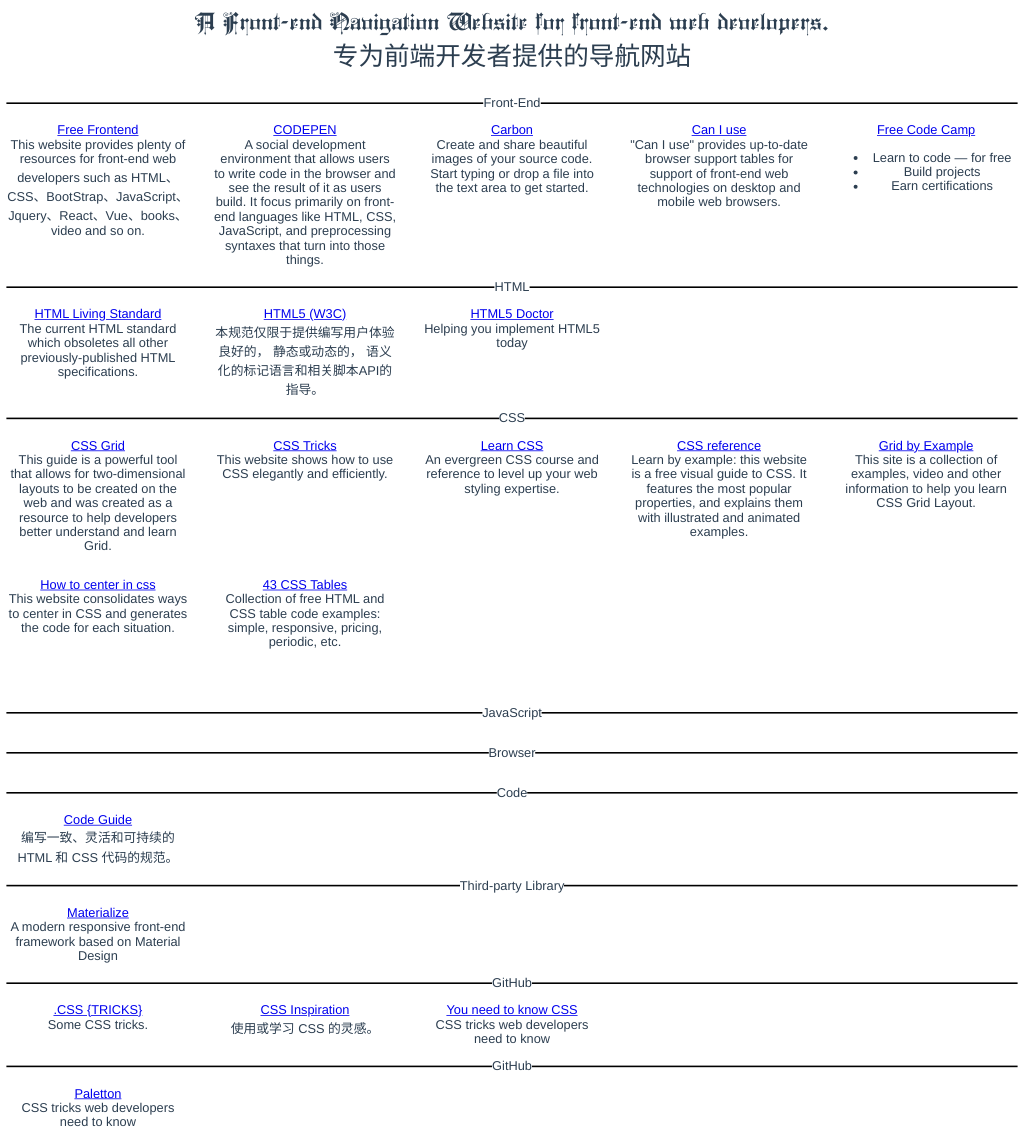
Repository: 321paranoiawhy/fenav.io
Page: /
These files come from the project's save history. The page is drawn as it stood at one moment and after a run of saves; the edit follows.
The browser window is 1280 px wide. The pictures show the whole page, at 80% of full size.
The project was rebuilt for these pictures with package versions that can differ from the ones it lists, and the page was loaded fresh each time. Also part of the build but not shown: vue.config.js.

Above is the page before, as saved 2022-04-06 01:25:42.

### src/views/HomeView.vue
<template>
    <div class="englishTitle">
        A Front-end Navigation Website for front-end web developers.
    </div>
    <div class="chineseTitle">专为前端开发者提供的导航网站</div>
    <!-- Front-End -->
    <p class="divider">Front-End</p>
    <div id="frontend" class="main">
        <div class="card">
            <a class="url" href="https://freefrontend.com/">Free Frontend</a>
            <div class="description">
                This website provides plenty of resources for front-end web
                developers such as
                HTML、CSS、BootStrap、JavaScript、Jquery、React、Vue、books、video
                and so on.
            </div>
        </div>
        <div class="card">
            <a class="url" href="https://codepen.io/trending">CODEPEN</a>
            <div class="description">
                A social development environment that allows users to write code
                in the browser and see the result of it as users build. It focus
                primarily on front-end languages like HTML, CSS, JavaScript, and
                preprocessing syntaxes that turn into those things.
            </div>
        </div>
        <div class="card">
            <a class="url" href="https://carbon.now.sh/">Carbon</a>
            <div class="description">
                Create and share beautiful images of your source code. Start
                typing or drop a file into the text area to get started.
            </div>
        </div>
        <div class="card">
            <a class="url" href="https://caniuse.com/">Can I use</a>
            <div class="description">
                "Can I use" provides up-to-date browser support tables for
                support of front-end web technologies on desktop and mobile web
                browsers.
            </div>
        </div>
        <div class="card">
            <a class="url" href="https://www.freecodecamp.org/"
                >Free Code Camp</a
            >
            <div class="description">
                <ul>
                    <li>Learn to code — for free</li>
                    <li>Build projects</li>
                    <li>Earn certifications</li>
                </ul>
            </div>
        </div>
    </div>
    <!-- HTML -->
    <p class="divider">HTML</p>
    <div id="HTML" class="main">
        <div class="card">
            <a class="url" href="https://html.spec.whatwg.org/"
                >HTML Living Standard</a
            >
            <div class="description">
                The current HTML standard which obsoletes all other
                previously-published HTML specifications.
            </div>
        </div>
        <div class="card">
            <a class="url" href="https://www.w3.org/html/ig/zh/wiki/HTML5"
                >HTML5 (W3C)</a
            >
            <div class="description">
                本规范仅限于提供编写用户体验良好的， 静态或动态的，
                语义化的标记语言和相关脚本API的指导。
            </div>
        </div>
        <div class="card">
            <a class="url" href="http://html5doctor.com/">HTML5 Doctor</a>
            <div class="description">Helping you implement HTML5 today</div>
        </div>
    </div>
    <!-- CSS -->
    <p class="divider">CSS</p>
    <div id="CSS" class="main">
        <div id="grid" class="card">
            <a class="url" href="https://learncssgrid.com/">CSS Grid</a>
            <div class="description">
                This guide is a powerful tool that allows for two-dimensional
                layouts to be created on the web and was created as a resource
                to help developers better understand and learn Grid.
            </div>
        </div>
        <div id="tricks" class="card">
            <a class="url" href="https://css-tricks.com/">CSS Tricks</a>
            <div class="description">
                This website shows how to use CSS elegantly and efficiently.
            </div>
        </div>
        <div id="learn" class="card">
            <a class="url" href="https://web.dev/learn/css/">Learn CSS</a>
            <div class="description">
                An evergreen CSS course and reference to level up your web
                styling expertise.
            </div>
        </div>
        <div id="reference" class="card">
            <a class="url" href="https://cssreference.io/">CSS reference</a>
            <div class="description">
                Learn by example: this website is a free visual guide to CSS. It
                features the most popular properties, and explains them with
                illustrated and animated examples.
            </div>
        </div>
        <div id="grid" class="card">
            <a class="url" href="https://gridbyexample.com/">Grid by Example</a>
            <div class="description">
                This site is a collection of examples, video and other
                information to help you learn CSS Grid Layout.
            </div>
        </div>
        <div id="center in css" class="card">
            <a class="url" href="http://howtocenterincss.com/"
                >How to center in css</a
            >
            <div class="description">
                This website consolidates ways to center in CSS and generates
                the code for each situation.
            </div>
        </div>
        <div id="table" class="card">
            <a
                class="url"
                href="https://freefrontend.com/css-tables/#pricing-tables"
                >43 CSS Tables</a
            >
            <div class="description">
                Collection of free HTML and CSS table code examples: simple,
                responsive, pricing, periodic, etc.
            </div>
        </div>
    </div>
    <!-- JavaScript -->
    <p class="divider">JavaScript</p>
    <div id="JavaScript" class="main"></div>
    <!-- Browser -->
    <p class="divider">Browser</p>
    <div id="Browser" class="main"></div>
    <!-- Code -->
    <p class="divider">Code</p>
    <div id="Code" class="main">
        <div class="card">
            <a class="url" href="https://codeguide.bootcss.com/">Code Guide</a>
            <div class="description">
                编写一致、灵活和可持续的 HTML 和 CSS 代码的规范。
            </div>
        </div>
    </div>
    <!-- Third-party Library -->
    <p class="divider">Third-party Library</p>
    <div id="Code" class="main">
        <div id="tricks" class="card">
            <a class="url" href="https://materializecss.com/">Materialize</a>
            <div class="description">
                A modern responsive front-end framework based on Material Design
            </div>
        </div>
    </div>
    <!-- GitHub -->
    <p class="divider">GitHub</p>
    <div id="GitHub" class="main">
        <div id="tricks" class="card">
            <a class="url" href="https://github.com/QiShaoXuan/css_tricks"
                >.CSS {TRICKS}</a
            >
            <div class="description">Some CSS tricks.</div>
        </div>
        <div id="Inspiration" class="card">
            <a class="url" href="https://github.com/chokcoco/CSS-Inspiration"
                >CSS Inspiration</a
            >
            <div class="description">使用或学习 CSS 的灵感。</div>
        </div>
        <div id="" class="card">
            <a
                class="url"
                href="https://github.com/l-hammer/You-need-to-know-css"
                >You need to know CSS</a
            >
            <div class="description">
                CSS tricks web developers need to know
            </div>
        </div>
    </div>
    <!-- Color -->
    <p class="divider">GitHub</p>
    <div id="Code" class="main">
        <div id="" class="card">
            <a
                class="url"
                href="https://paletton.com/#uid=1000u0kllllaFw0g0qFqFg0w0aF"
                >Paletton</a
            >
            <div class="description">
                CSS tricks web developers need to know
            </div>
        </div>
    </div>
</template>

<script>
// @ is an alias to /src
export default {
    name: "Home",
    components: {},
};
</script>

<style scoped lang="scss">
@font-face {
    font-family: KingsCross;
    src: url(/public/fonts/KingsCross.ttf);
}
@font-face {
    font-family: NotoSansSC-Regular;
    src: url(/public/fonts/NotoSansSC-Regular.otf);
}
.englishTitle {
    font-family: KingsCross;
    font-size: 32px;
}
.chineseTitle {
    font-family: NotoSanSC-Regular;
    font-size: 32px;
    margin-bottom: 30px;
}
.main {
    display: grid;
    grid-template-columns: repeat(5, 1fr);
    grid-auto-rows: 1fr;
    grid-gap: 30px;
}
// 水平分割线 中间带文字
p {
    display: flex;
}
p:before,
p:after {
    content: "";
    flex: 1 1 0;
    border-bottom: 2px solid #000;
    margin: auto;
}
// ul
ul {
  // display: flex;
  // flex-direction: column;
  // justify-content: center;
  text-align: center;
}
ul li {
  vertical-align: middle;
}
</style>

Loaded but not shown: public/index.html (common file); src/main.js (common file); src/App.vue (common file); src/router/index.js (common file); src/store/index.js (common file)

After the next 3 saves:
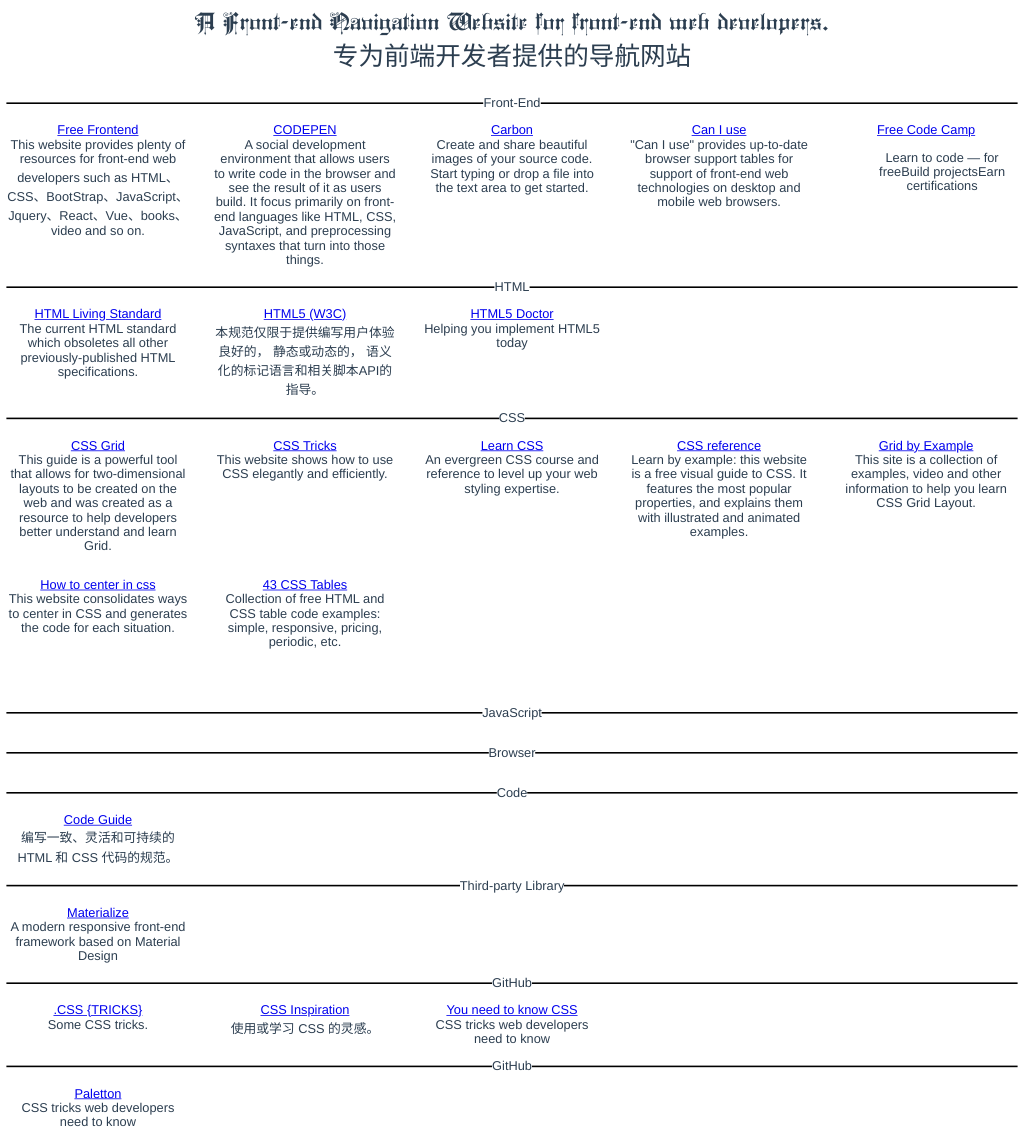
The 3 saves are shown as one change because they came seconds apart.
The last was saved 12 s later.
--- a/src/views/HomeView.vue
+++ b/src/views/HomeView.vue
@@ -257,6 +257,6 @@
   text-align: center;
 }
 ul li {
-  vertical-align: middle;
+  display: inline;
 }
 </style>
